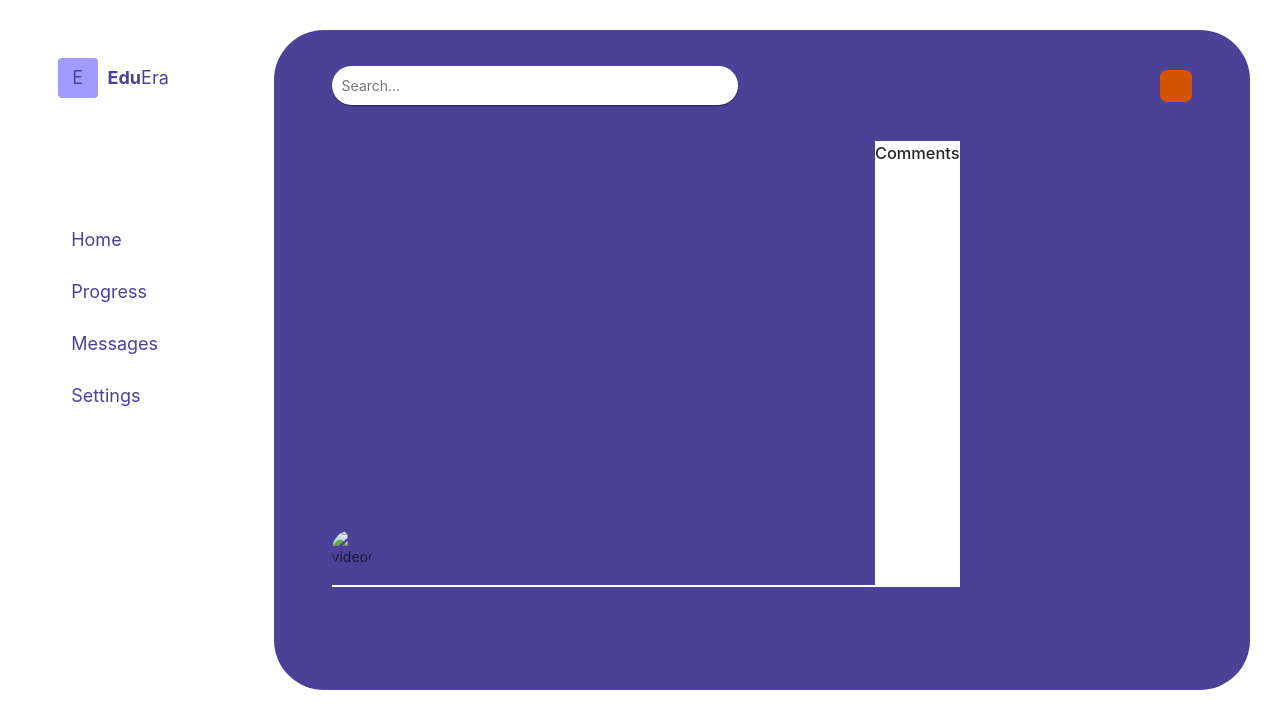
Repository: huynhnt1406/coursestorage
Page: /videodetail/1 (app in coursestorage/)
An editor plug-in stored every save of this project. The page is shown before and after the next save, followed by the edit.
The browser window is 1280 px wide. The pictures show the whole page.
The page's requests for data from a server got no answer. The project was rebuilt for these pictures with package versions that can differ from the ones it lists, and the page was loaded fresh each time. No one was signed in, and anything a server would have sent is missing. Also part of the build but not shown: coursestorage/src/components/ListItems.vue, coursestorage/src/components/VideoList.vue, coursestorage/src/smallcomponents/Messages.vue, coursestorage/src/smallcomponents/Progress.vue, coursestorage/src/smallcomponents/Settings.vue.

Above is the page before, as saved 2021-05-02 01:06:34.

After the next save:
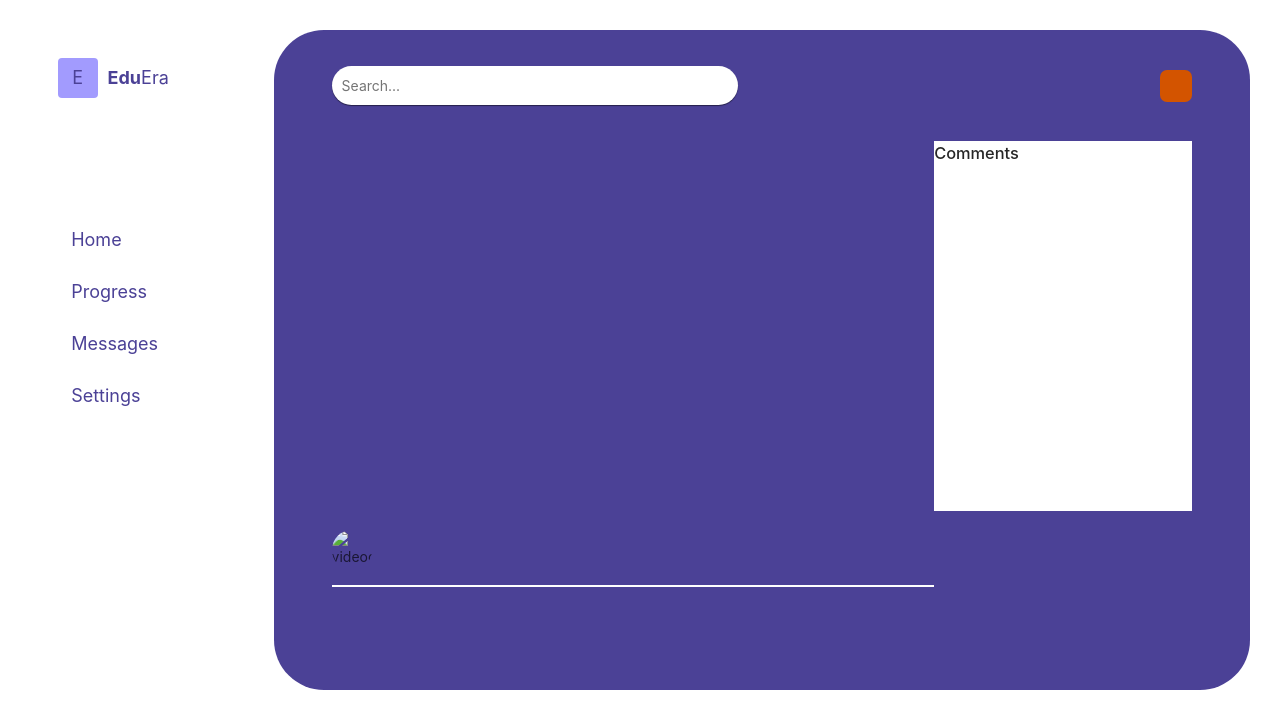
Saved 17 s later.
--- a/coursestorage/src/smallcomponents/VideoDetail.vue
+++ b/coursestorage/src/smallcomponents/VideoDetail.vue
@@ -115,5 +115,7 @@ export default {
 }
 .video-right{
     background-color: white;
+    height: 370px;
+    flex:0.3;
 }
 </style>
